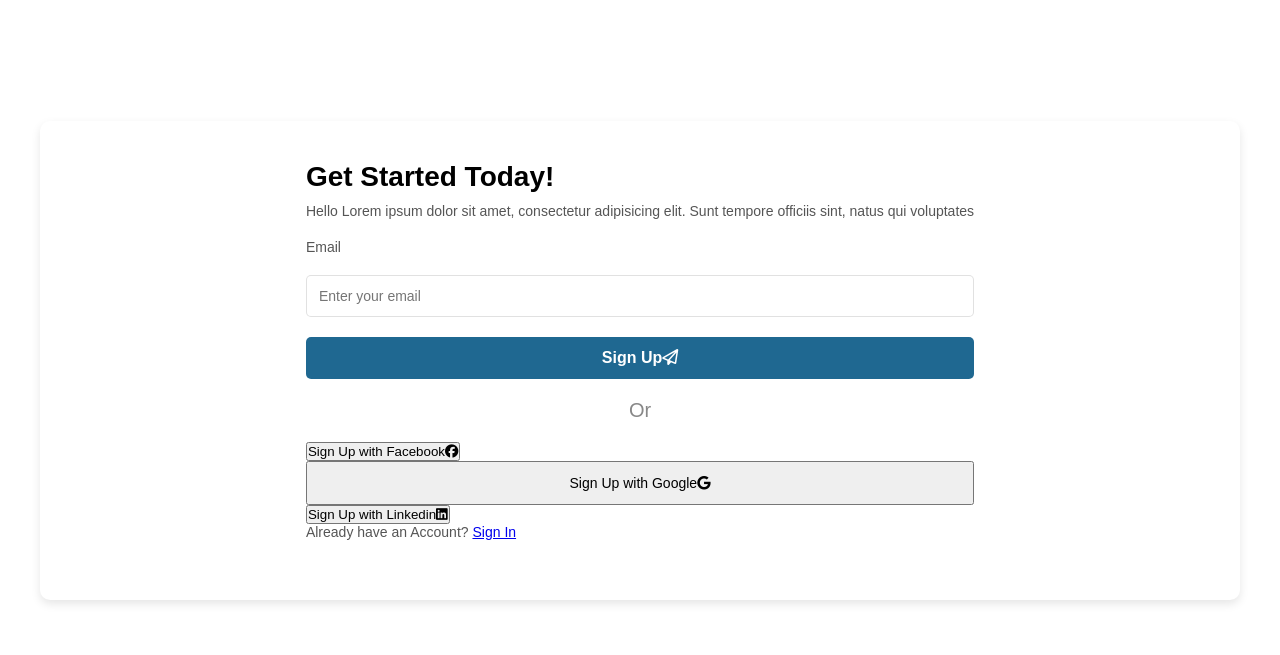
Repository: Femi007-gh/Login-V2
Page: index.html
The author's editor kept a copy of each file at every save. The page is drawn from the files as they stood at one save, then again after a run of saves.
The browser window is 1280 px wide. The pictures show the whole page.

Above is the page before, as saved 2025-01-27 07:42:57.

### index.html
<html>
    <head>
        <title></title>
  <link rel="stylesheet" href="style.css">
  <link rel="stylesheet" href="https://cdnjs.cloudflare.com/ajax/libs/font-awesome/6.5.0/css/all.min.css">
    </head>
    <body>
        <div class="container">
            <div class="left-session">
                <div class="form-container">
                    <h1>Get Started Today!</h1>
                    <p> Hello Lorem ipsum dolor sit amet, consectetur adipisicing elit. Sunt tempore officiis sint, natus qui voluptates </p>
                    <form>
                        <div class="input-group">
                            <p>Email</p>
                            <input type="email" id="email" placeholder="Enter your email" required>
                        </div>
                        <button class="primary-btn" type="submit">Sign Up<i class="fa-regular fa-paper-plane"></i></button>
                    </form>
                    <p class="divider">Or</p>
                    <div class="social-buttons">
                        <button class="social-btn-facebook-btn">
                            Sign Up with Facebook<i class="fa-brands fa-facebook"></i>
                        </button>
                        <button class="social-btn google-btn">
                            Sign Up with Google<i class="fa-brands fa-google"></i>
                        </button>
                        <button class="social-buttons-Linkedin-btn">
                            Sign Up with Linkedin<i class="fa-brands fa-linkedin"></i>
                        </button>
                    </div>
                    <p>Already have an Account? <a href="#">Sign In</a></p>
                </div>
            </div>
            <div class="right-section"></div>
        </div>
    </body>
</html>

### style.css
* {
   padding: 0;
   margin: 0;
   box-sizing: border-box;
}

body {
    font-family: sans-serif;
    background-color: #fff;
    display: flex;
    justify-content: center;
    align-items: center;
}

.container {
  display: flex;
  max-width: 1200px;
  width: 100%;
  background-color: #fff;
  border-radius: 10px;
  overflow: hidden;
  box-shadow: 0 4px 10px rgba(0, 0, 0, 0.1);
}

.left-session {
  flex: 1;
  padding: 40px;
  display: flex;
  justify-content: center;
  align-items: center;
}

h1 {
  font-size: 28px;
  font-weight: bold;
  margin-bottom: 10px;
}

p {
  font-size: 14px;
  color: #555;
  margin-bottom: 20px;
}

.input-group {
  margin-bottom: 20px;
}

.input-group input {
  width: 100%;
  padding: 12px;
  font-size: 14px;
  border: 1px solid #dddd;
  border-radius: 5px;
}

.primary-btn {
  width: 100%;
  padding: 12px;
  background-color: #1F6891;
  color: white;
  border: none;
  border-radius: 5px;
  font-size: 16px;
  font-weight: bold;
  cursor: pointer;
}

.primary-btn:hover {
  background-color: #005a8c;
}

.divider {
  font-size: 20px;
  color: #888;
  margin: 20px 0;
  text-align: center;
}

.social-btn {
  width: 100%;
  padding: 12px;
  font-size: 14px;
  border-radius:
}

After the next 2 saves:
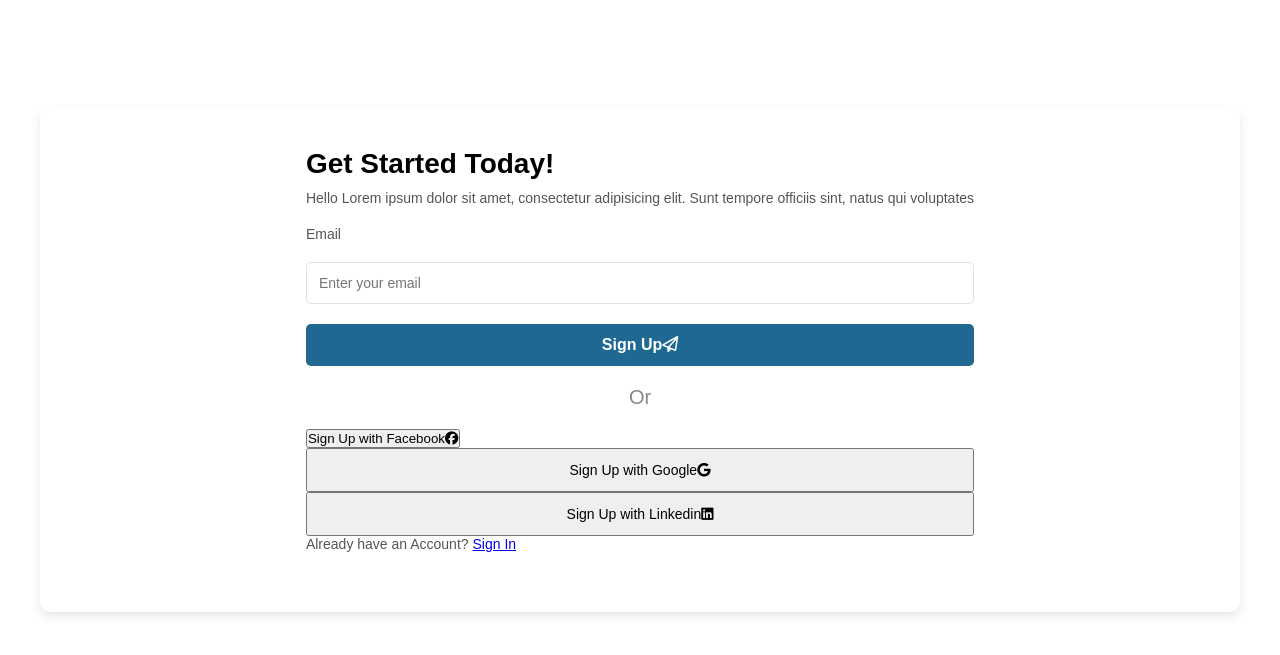
The 2 saves are shown as one change because they came seconds apart.
The last was saved 11 s later.
--- a/index.html
+++ b/index.html
@@ -25,7 +25,7 @@
                         <button class="social-btn google-btn">
                             Sign Up with Google<i class="fa-brands fa-google"></i>
                         </button>
-                        <button class="social-buttons-Linkedin-btn">
+                        <button class="social-btn Linkedin-btn">
                             Sign Up with Linkedin<i class="fa-brands fa-linkedin"></i>
                         </button>
                     </div>
